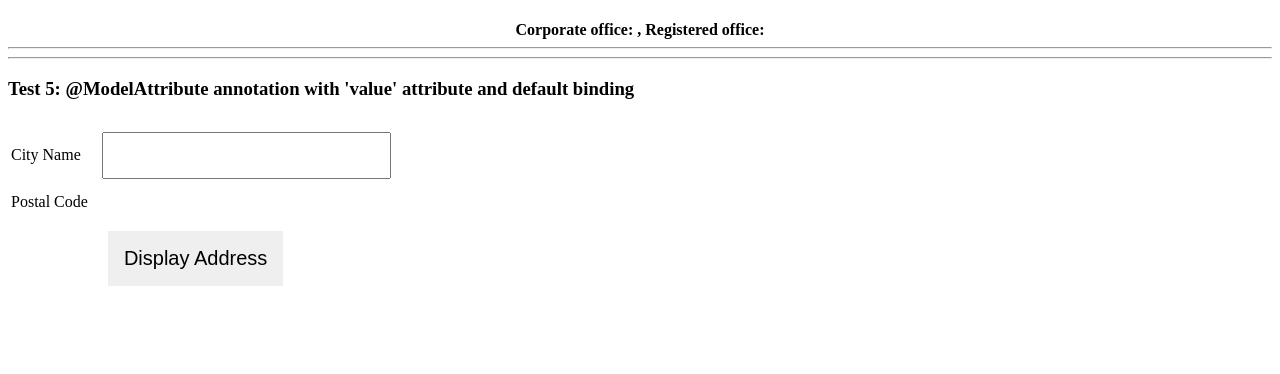
Repository: arrmixer/Java_Spring
Page: http://localhost/spring-mvc-model-attribute-demo/WEB-INF/views/modelAttributeHome.jsp
An editor plug-in stored every save of this project. The page is shown before and after the next save, followed by the edit.
The browser window is 1280 px wide. The pictures show the whole page.
The page is served by Tomcat 9. Nobody is signed in. Other server files are loaded and not shown. The template is opened directly, without the code that normally fills it, so the values that code supplies are empty.

Above is the page before, as saved 2017-07-25 03:22:27.

### spring-mvc-model-attribute-demo/WebContent/WEB-INF/views/modelAttributeHome.jsp
<%@ page language="java" contentType="text/html; charset=UTF-8"
	pageEncoding="UTF-8"%>
<%@ taglib prefix="form" uri="http://www.springframework.org/tags/form"%>
<!DOCTYPE html PUBLIC "-//W3C//DTD HTML 4.01 Transitional//EN" "http://www.w3.org/TR/html4/loose.dtd">
<html>
<head>
<meta http-equiv="Content-Type" content="text/html; charset=UTF-8">
<title>@ModelAttribute Test Bed</title>
<style>
input[type=text] {
	padding: 10px;
	margin: 10px;
	font-size: 20px
}

input[type=submit] {
	border: none;
	background-color: #4CAF50,
	color: white;
	padding: 16px;
	margin: 16px;
	cursor: pointer;
	font-size: 20px;
}

h1, h2 {
	color: #08298A;
	text-align: center
}
</style>
</head>
<body>
	<div align="Left">
		<h1>${testData1A}</h1>
		<div align="center">
			<b>Corporate office: ${testData3.city} ${testData3.zipcode},</b> <b>
				Registered office: ${address.city} ${address.zipcode}</b>
		</div>
		<hr />

		${testData1B} ${testData2}
		<hr />
		<form:form action="modelAttributeTest5">
			<h3>Test 5: @ModelAttribute annotation with 'value' attribute
				and default binding</h3>
			<table>
				<tr>
					<td><form:label path="city">City Name</form:label></td>
					<td><form:input path="city" /></td>
				</tr>
				<tr>
					<td><form:label path="zipcode">Postal Code</form:label></td>
					<td><form:label path="zipcode" /></td>
				</tr>
				<tr>
					<td></td>
					<td><input type="submit" value="Display Address" /></td>
				</tr>
			</table>
		</form:form>
	</div>
</body>
</html>

After the next save:
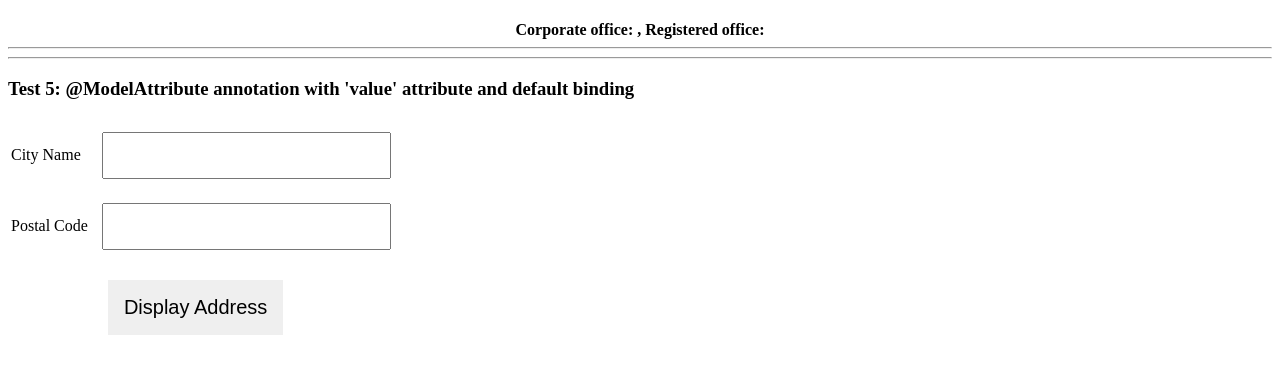
Saved 4 min 6 s later.
--- a/spring-mvc-model-attribute-demo/WebContent/WEB-INF/views/modelAttributeHome.jsp
+++ b/spring-mvc-model-attribute-demo/WebContent/WEB-INF/views/modelAttributeHome.jsp
@@ -50,7 +50,7 @@
 				</tr>
 				<tr>
 					<td><form:label path="zipcode">Postal Code</form:label></td>
-					<td><form:label path="zipcode" /></td>
+					<td><form:input path="zipcode" /></td>
 				</tr>
 				<tr>
 					<td></td>
